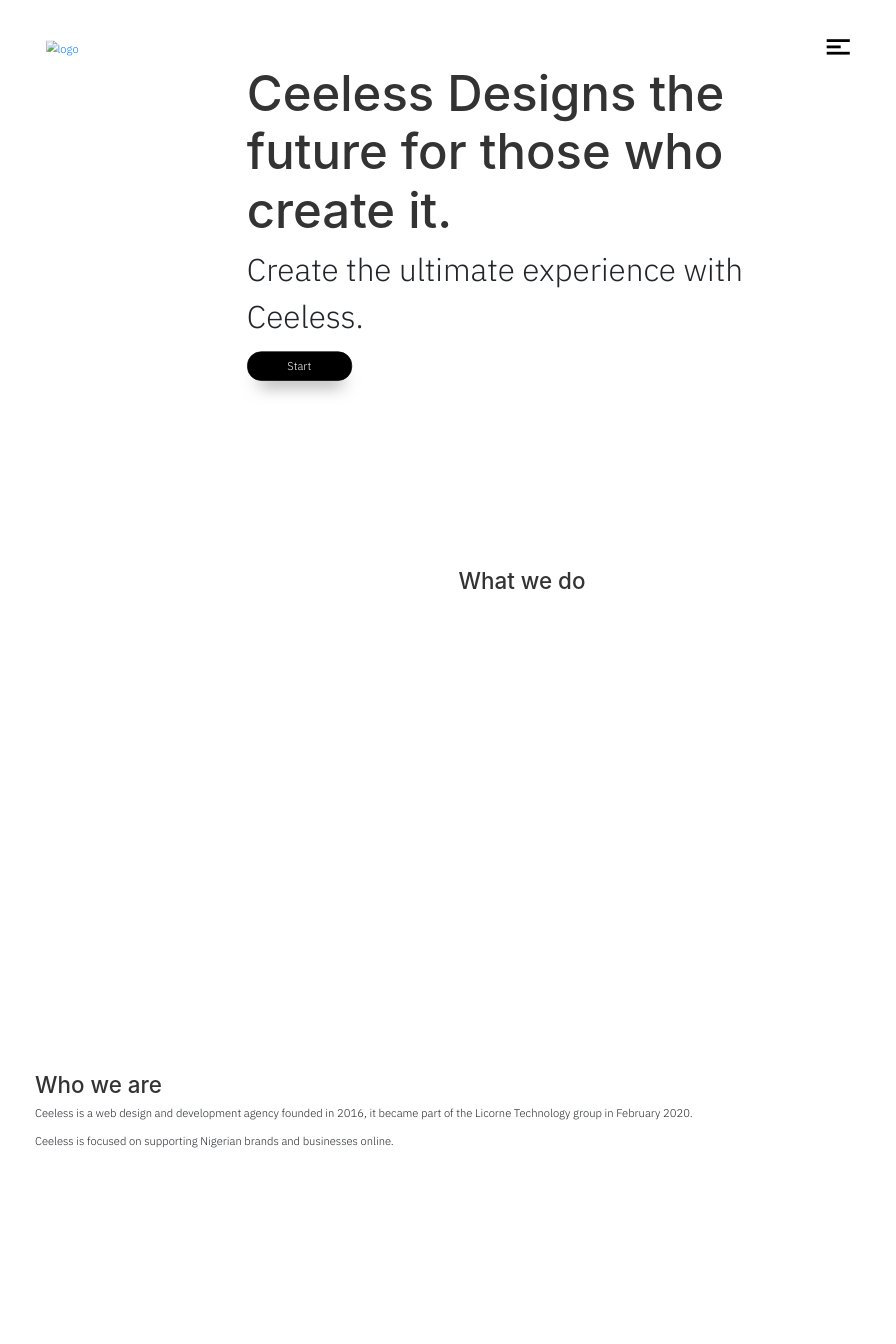
Repository: Licorne-Technologies/Ceeless-v2
Page: index.html
These files come from the project's save history. The page is drawn as it stood at one moment and after the next save; the edit follows.
The browser window is 1280 px wide. The pictures show the part of the page from y = 0 to 1920 px (the page is 3037 px tall), at 70% of full size.
Some web libraries are served in a nearby version. The style sheet was rebuilt from its Sass, Less or Tailwind sources for each picture, by a compiler version that may differ from the author's.

Above is the page before, as saved 2020-06-15 12:45:46.

### index.html
<!DOCTYPE html>
<html lang="en">
<head>
    <meta charset="UTF-8">
    <meta name="viewport" content="width=device-width, initial-scale=1.0">
    <!-- UIkit CSS -->
    <link rel="stylesheet" href="https://cdn.jsdelivr.net/npm/uikit@3.5.4/dist/css/uikit.min.css" />
    <!--Bootstrap-->
    <link rel="stylesheet" href="https://stackpath.bootstrapcdn.com/bootstrap/4.4.1/css/bootstrap.min.css" integrity="sha384-Vkoo8x4CGsO3+Hhxv8T/Q5PaXtkKtu6ug5TOeNV6gBiFeWPGFN9MuhOf23Q9Ifjh" crossorigin="anonymous">
    <!--Font awesome -->
    <link rel="stylesheet" href="https://stackpath.bootstrapcdn.com/font-awesome/4.7.0/css/font-awesome.min.css">
    <!--Stylesheet-->
    <link rel="stylesheet" href="css/stylesheet.css">
    <title>Ceeless || Licorne Technologies</title>
</head>
<body>
 <main class="wrapper pt-5">
     <!--Navigation Bar-->
    <header class="navbar">
        <div class="logo">
            <a href="index.html">
                <img src="" alt="logo">
            </a>
        </div>
        <div class="menu">
            <a class="menuIcon" href="#modal-full" uk-toggle>
                <span class="long-bar"></span>
                <span class="short-bar"></span>
                <span class="long-bar"></span>
            </a>
        </div>
        <!--Menu Modal-->
        <div id="modal-full" class="uk-modal-full" uk-modal>
            <div class="uk-modal-dialog">
                <button class="uk-modal-close-full uk-close-large" type="button" uk-close></button>
                <div class="row">
                    <div class="col">
                        <div class="menuItems">
                            <ul class="menuList">
                                <li>
                                    <a href="index.html" class="active"><i class="fa fa-home"></i>Home</a>
                                </li>
                                <li>
                                    <a href="#"><i class="fa fa-info"></i>About</a>
                                </li>
                                <li>
                                    <a href="#"><i class="fa fa-tasks" aria-hidden="true"></i>Portfolio</a>
                                </li>
                                <li>
                                    <a href="#"><i class="fa fa-plane"></i>Contact</a>
                                </li>
                            </ul>
                        </div>
                    </div>
                <div class="col"></div>
                </div>
            </div>
        </div>
    </header>
    <!--End of Navigation Bar-->



    <!--Jumbotron-->
    <section class="jumboText">
        <div class="row">
            <div class="col-3">
                <!--Menu icons-->
            </div>
            <div class="col-9">
                <div class="message">
                    <!--Message Text-->
                    <h1>Ceeless Designs the future for those who create it.</h1>
                    <p>Create the ultimate experience with Ceeless.</p>
                    <!--Action Btn-->
                    <a href="#" class="action-btn">Start</a>
                </div>

            </div>
        </div>
    </section>
    <!--End of Jumbotron-->

    <!--Portfolio and What We Do Section-->
    <section class="comboSection">
        <div class="row">
            <div class="col">
                <!--Portfolio Gallery-->
            </div>
            <div class="col">
                <h2 class="title">What we do</h2>
                <!--What we do Progress bar-->
            </div>
        </div>
    </section>
    <!--End of section-->

    <!--About us-->
    <section class="aboutUs">
        <div class="row">
            <div class="col">
                <h2 class="title">Who we are</h2>
                <p>Ceeless is a web design and development agency founded in 2016, it became part of the Licorne Technology group in February 2020.</p>
                <p>Ceeless is focused on supporting Nigerian brands and businesses online.</p>
            </div>
        </div>
    </section>
    <!--End of section-->

    <section class="contactUs">
        <div class="row">
            <div class="col">
                <h2 class="title">Work with us</h2>
                <h5>on your next project or get in touch for a chat.</h5>
            </div>
            <div class="col">
                <!--form-->
            </div>
        </div>
    </section>
 </main>
 <footer class="footer">
     <p>&copy;Ceeless Designs | Licorne Technologies</p>
 </footer>

<!-- UIkit JS -->
<script src="https://cdn.jsdelivr.net/npm/uikit@3.5.4/dist/js/uikit.min.js"></script>
<script src="https://cdn.jsdelivr.net/npm/uikit@3.5.4/dist/js/uikit-icons.min.js"></script>
</body>
</html>

### css/stylesheet.scss
@import 'variables';
@import 'footer';
@import 'contact';
@import 'aboutUs';
@import 'whatWeDo';
@import 'portfolio';
@import 'jumbotron';
@import 'navbar';

*{
    margin: 0;
    padding: 0;
    text-decoration: none;
    list-style: none;
    font-family: $font;
}
 section {
    height: 100vh;
}
@media screen and (min-width: 760px){
    .wrapper {
        margin: 0 50px;
    }
}

### css/_variables.scss
@import url('https://fonts.googleapis.com/css2?family=IBM+Plex+Sans:wght@300;700&display=swap');

$font: 'IBM Plex Sans', sans-serif;
$fontLight: 300;
$fontHeavy: 700;
$fontLarge: 70px;
$fontSmall: 45px;
$fontText: 20px;
$fontTextSm: 16px;
$dark: black;
$light: white;
$box-shadow: 0 5px 15px rgba(0,0,0,0.08);
$btn-shadow: 2px 20px 25px -15px rgba(0, 0, 0, 0.54);
$text-shadow: 2px 2px 4px rgba(0, 0, 0, 0.377);

### css/footer.scss
@import 'variables';

.footer {
    background-color: $dark;
    display: flex;
    align-items: center;
    p{
        color: $light;
        font-size: $fontText;
        padding: 10px;
    }
}

### css/jumbotron.scss
@import 'variables';

.message {
    display: flex;
    flex-direction: column;
    align-items: flex-start;
    h1{
        font-size: $fontLarge;
    }
    p{
        font-size: $fontSmall;
    }
}
a.action-btn {
    border: 1px solid $dark;
    background-color: $dark;
    width: 150px;
    border-radius: 20px;
    padding: 10px;
    box-shadow: $btn-shadow;
    color: $light;
    text-align: center;
    line-height: 20px;
    &:hover{
        text-decoration: none;
    }

}

### css/navbar.scss
@import 'variables';

.navbar {
    display: flex;
    width: 100%;
    justify-content: space-between;
}

.menuIcon {
    display: flex;
    flex-direction: column;
        .long-bar,.short-bar{
            border: 2px solid $dark;
            margin-bottom: 5px;
        }
        .long-bar{
            width: 33px;
        }
        .short-bar{
            width: 20px;
        }

        &:hover{
            .long-bar{
                width: 20px;
                transition: width 300ms ease-in-out 0s;

            }
            .short-bar{
                width: 33px;

            }
        }
}

.uk-modal-full {
    height: 100vh;
    background-color: $dark;
    overflow: hidden;
}
.uk-modal-close-full, .uk-close-large, .menuItems{
    background-color: $dark;
    color: $light;
}
.menuItems {
    height: 100vh;
    display: flex;
    flex-direction: column;
    justify-content: center;
}
.menuList {
    li {
        a {
            display: flex;
            align-items: center;
            color: $light;
            font-size: $fontSmall;
            line-height: $fontSmall;

            .fa {
                display: flex;
                justify-content: center;
                align-items: center;
                height: 100px;
                width: 100px;
                border-radius: 50%;
                background-color: $dark;
                color: $light;
                margin-right: 7px;
            }

            &:hover {
                text-decoration: none;

                .fa{
                    background-color: $light;
                    color: $dark;
                }
            }
        }
    }
}

Loaded but not shown: css/contact.scss (common file); css/aboutUs.scss (common file); css/whatWeDo.scss (common file); css/portfolio.scss (common file)

After the next save:
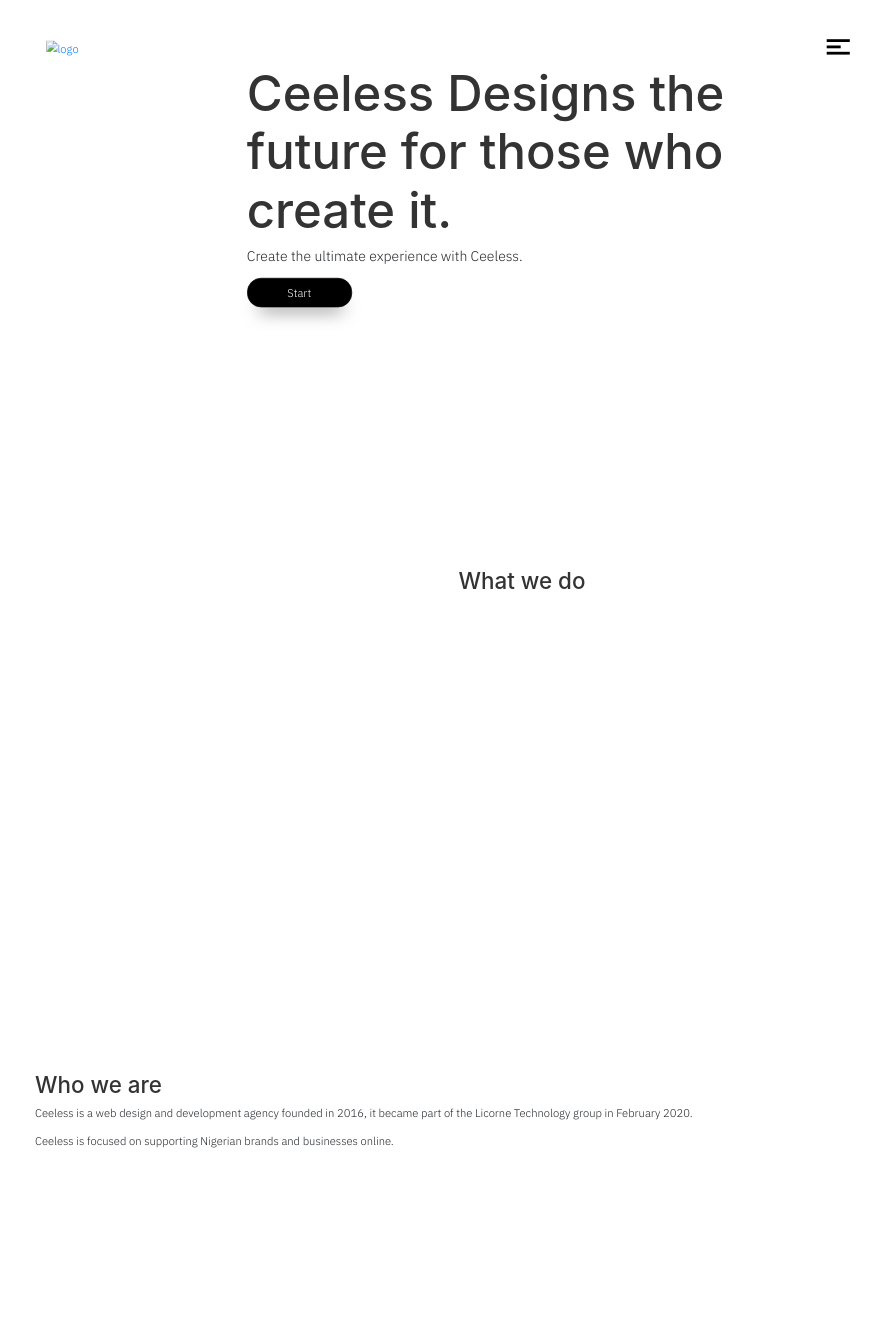
Saved 14 s later.
--- a/css/jumbotron.scss
+++ b/css/jumbotron.scss
@@ -8,7 +8,7 @@
         font-size: $fontLarge;
     }
     p{
-        font-size: $fontSmall;
+        font-size: $fontText;
     }
 }
 a.action-btn {
